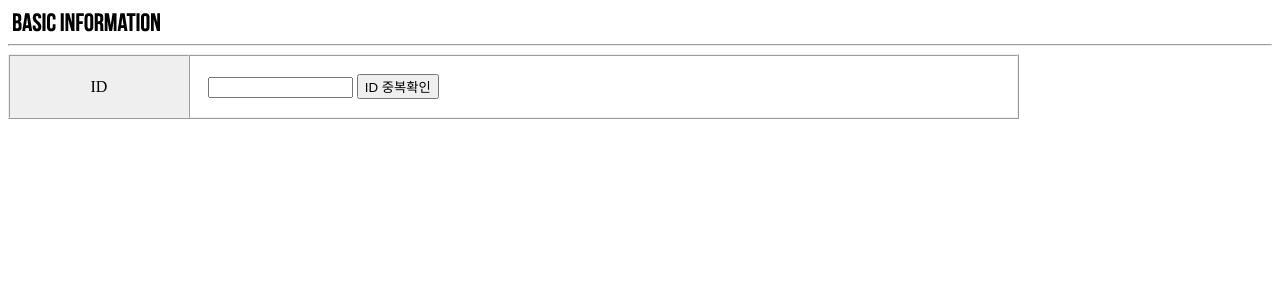
Repository: kminjoo/Making-website-using-JSP
Page: http://localhost/website_project/Register.jsp
These files come from the project's save history. The page is drawn as it stood at one moment and after the next save; the edit follows.
The browser window is 1280 px wide. The pictures show the whole page.
The page is served by Tomcat 9. Other server files are loaded and not shown.

Above is the page before, as saved 2015-07-21 13:59:11.

### website_project/WebContent/Register.jsp
<%@ page language="java" contentType="text/html; charset=EUC-KR"
    pageEncoding="EUC-KR"%>
<!DOCTYPE html PUBLIC "-//W3C//DTD HTML 4.01 Transitional//EN" "http://www.w3.org/TR/html4/loose.dtd">
<html>
<head>
<meta http-equiv="Content-Type" content="text/html; charset=EUC-KR">
<title>Welcome to Minjoo's Website!</title>
<link href="style.css" rel="stylesheet" type="text/css">

<script language="JavaScript" src="script.js"></script>
</head>
<body>
<div><img src="<%=request.getContextPath() %>/images/basicInfo.JPG"/></div>
<hr>
<table border="1" cellpadding="18" cellspacing="1" width="80%">
<form name="regForm" method="post" action="RegisterProc.jsp">
	<tr>
		<td width="13%" align="center" bgcolor="#EFEFEF">ID</td>
		<td width="60%"><input type="text" name="mem_id" size="15">
		<input type="button" value="ID 중복확인" onClick="idCheck(this.form.mem_id.value)"></td>
	</tr>
</table>
</form>

</body>
</html>

### website_project/WebContent/style.css
@CHARSET "EUC-KR";

hr {
    display: block;
    margin-top: 0.5em;
    margin-bottom: 0.5em;
    margin-left: auto;
    margin-right: auto;
    border-style: inset;
    border-width: 1px;
}

table {
    display: table;
    border-collapse: collpase;
    border-spacing: 0px;
    border-color: #EFEFEF;
}

### website_project/WebContent/script.js
/**
 *
 */


function loginCheck(){
	if(document.login.mem_id.value==""){
		alert("Enter your ID.");
		document.login.mem_id.focus();
		return;
	}
	if(document.login.mem_passwd.value==""){
		alert("Enter your password.");
		document.login.mem_passwd.focus();
		return;
	}
	document.login.submit();

}

function memberReg(){
	location.href ="Register.jsp";
}
function idCheck(id){
	if(id == ""){
	alert("Enter your ID.");
	document.regForm.mem_id.focus();
	}else{
		url="IdCheck.jsp?mem_id=" + id;
		window.open(url,"post","width=300,height=150");
	}
}

function inputCheck(){
	if(document.regForm.mem_id.value==""){
		alert("Enter your ID.");
		document.regForm.mem_id.focus();
		return;
	}
	if(document.regForm.mem_password.value==""){
		alert("Enter your Password.");
		document.regForm.mem_password.focus();
		return;
	}
	if(document.regForm.mem_repasswd.value==""){
		alert("Enter your Password.");
		document.regForm.mem_repasswd.focus();
		return;
	}

	if(document.regForm.mem_password.value != document.regForm.mem_repasswd.value){
		alert("Passwords do not match.");
		document.regForm.mem_passwd.focus();
		return;
	}

	if(document.regForm.mem_firstname.value==""){
		alert("Enter your first name.");
		document.regForm.mem_firstname.focus();
		return;
	}
	if(document.regForm.mem_lastname.value==""){
		alert("Enter your last name.");
		document.regForm.mem_lastname.focus();
		return;
	}
	if(document.regForm.mem_email.value==""){
		alert("Enter your email address.");
		document.regForm.mem_email.focus();
		return;
	}
	if(document.regForm.mem_phone1.value==""){
		alert("Enter your phone number.");
		document.regForm.mem_phone1.focus();
		return;
	}
	if(document.regForm.mem_phone2.value==""){
		alert("Enter your phone number.");
		document.regForm.mem_phone2.focus();
		return;
	}
	if(document.regForm.mem_phone3.value==""){
		alert("Enter your phone number.");
		document.regForm.mem_phone3.focus();
		return;
	}

	var str = document.regForm.mem_email.value;
	var atPos = str.indexOf('@');
	var atLastPos = str.lastIndexOf('@');
	var dotPos = str.indexOf('.');
	var spacePos = str.indexOf(' ');
	var commaPos = str.indexOf(',');
	var emailSize = str.length;

	if(atPos>1 && atPos == atLastPos && dotPos > 3 && spacePos == -1 &&
			commaPos == -1 && atPos + 1 < dotPos && dotPos + 1 < emailSize );
	else{
		alert("This e-mail address is incorrectly formatted. \n\r Please try again.");
		document.regForm.mem_email.focus();
		return;
	}

	document.regForm.submit();
}

function inputCheck2(){
	if(document.regForm.mem_id.value==""){
		alert("Enter your ID.");
		document.regForm.mem_id.focus();
		return;
	}
	if(document.regForm.mem_password.value==""){
		alert("Enter your Password.");
		document.regForm.mem_password.focus();
		return;
	}

	if(document.regForm.mem_firstname.value==""){
		alert("Enter your first name.");
		document.regForm.mem_firstname.focus();
		return;
	}
	if(document.regForm.mem_lastname.value==""){
		alert("Enter your last name.");
		document.regForm.mem_lastname.focus();
		return;
	}
	if(document.regForm.mem_email.value==""){
		alert("Enter your email address.");
		document.regForm.mem_email.focus();
		return;
	}
	if(document.regForm.mem_phone1.value==""){
		alert("Enter your phone number.");
		document.regForm.mem_phone1.focus();
		return;
	}
	if(document.regForm.mem_phone2.value==""){
		alert("Enter your phone number.");
		document.regForm.mem_phone2.focus();
		return;
	}
	if(document.regForm.mem_phone3.value==""){
		alert("Enter your phone number.");
		document.regForm.mem_phone3.focus();
		return;
	}

	var str = document.regForm.mem_email.value;
	var atPos = str.indexOf('@');
	var atLastPos = str.lastIndexOf('@');
	var dotPos = str.indexOf('.');
	var spacePos = str.indexOf(' ');
	var commaPos = str.indexOf(',');
	var emailSize = str.length;

	if(atPos>1 && atPos == atLastPos && dotPos > 3 && spacePos == -1 &&
			commaPos == -1 && atPos + 1 < dotPos && dotPos + 1 < emailSize );
	else{
		alert("This e-mail address is incorrectly formatted. \n\r Please try again.");
		document.regForm.mem_email.focus();
		return;
	}

	document.regForm.submit();
}

function win_close()
{
	self.close();
}

function searchInputCheck(sform){
	if(sform.search.value==""){
	alert("Enter what you want to search");
	sform.search.focus();
	return false;
}
	sform.submit();
}

After the next save:
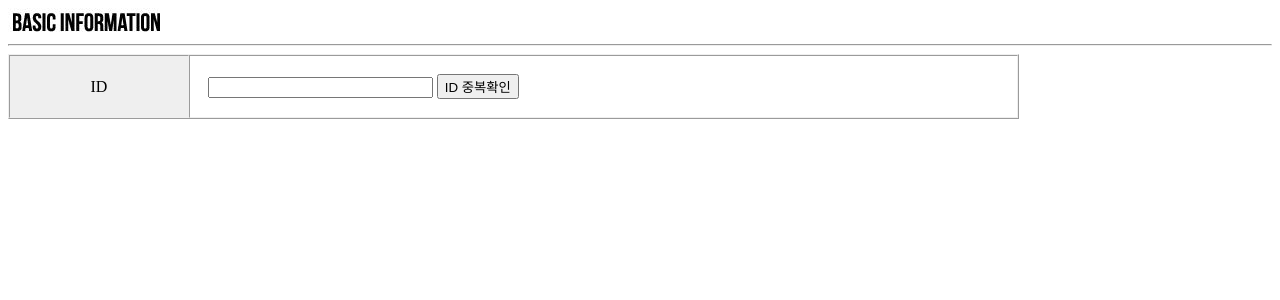
Saved 21 s later.
--- a/website_project/WebContent/Register.jsp
+++ b/website_project/WebContent/Register.jsp
@@ -16,7 +16,7 @@
 <form name="regForm" method="post" action="RegisterProc.jsp">
 	<tr>
 		<td width="13%" align="center" bgcolor="#EFEFEF">ID</td>
-		<td width="60%"><input type="text" name="mem_id" size="15">
+		<td width="60%"><input type="text" name="mem_id" size="25">
 		<input type="button" value="ID 중복확인" onClick="idCheck(this.form.mem_id.value)"></td>
 	</tr>
 </table>
